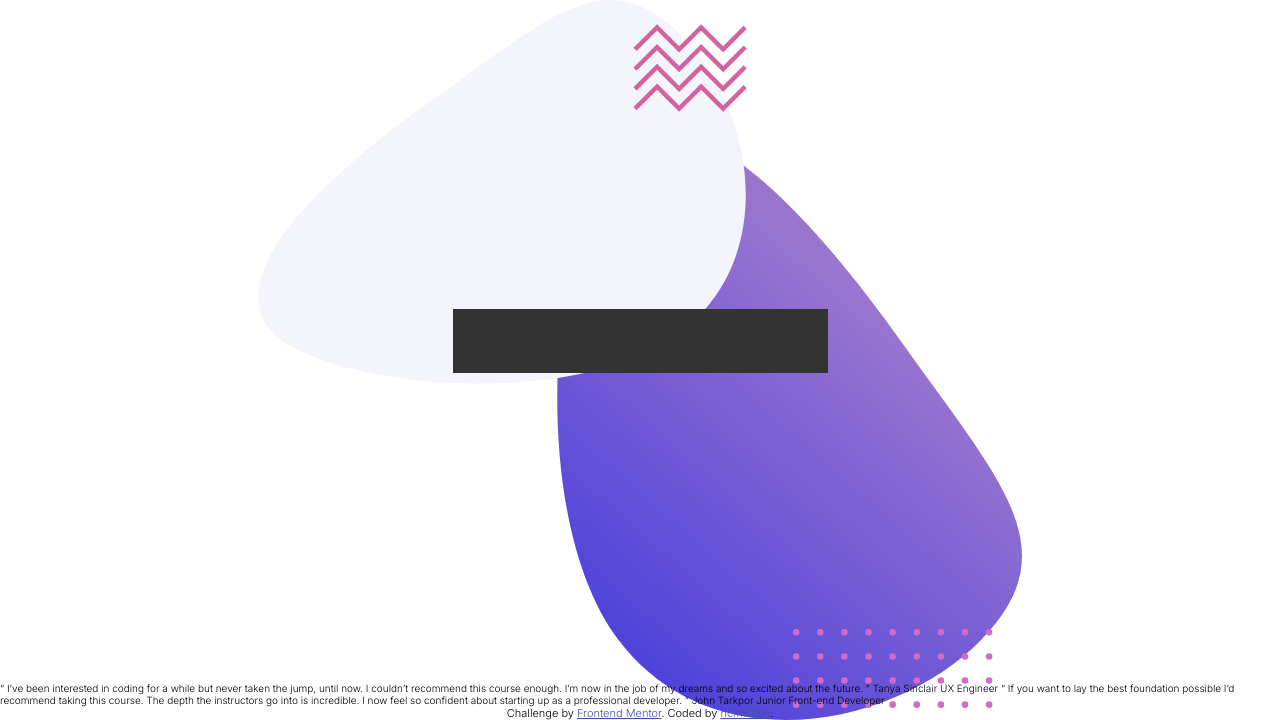
Repository: Hcmwebs/Coding-Bootcamp-Testimonials
Page: index.html
An editor plug-in stored every save of this project. The page is shown before and after the next save, followed by the edit.
The browser window is 1280 px wide. The pictures show the whole page.
The style sheet was rebuilt from its Sass, Less or Tailwind sources for each picture, by a compiler version that may differ from the author's.

Above is the page before, as saved 2020-10-29 14:14:46.

After the next save:
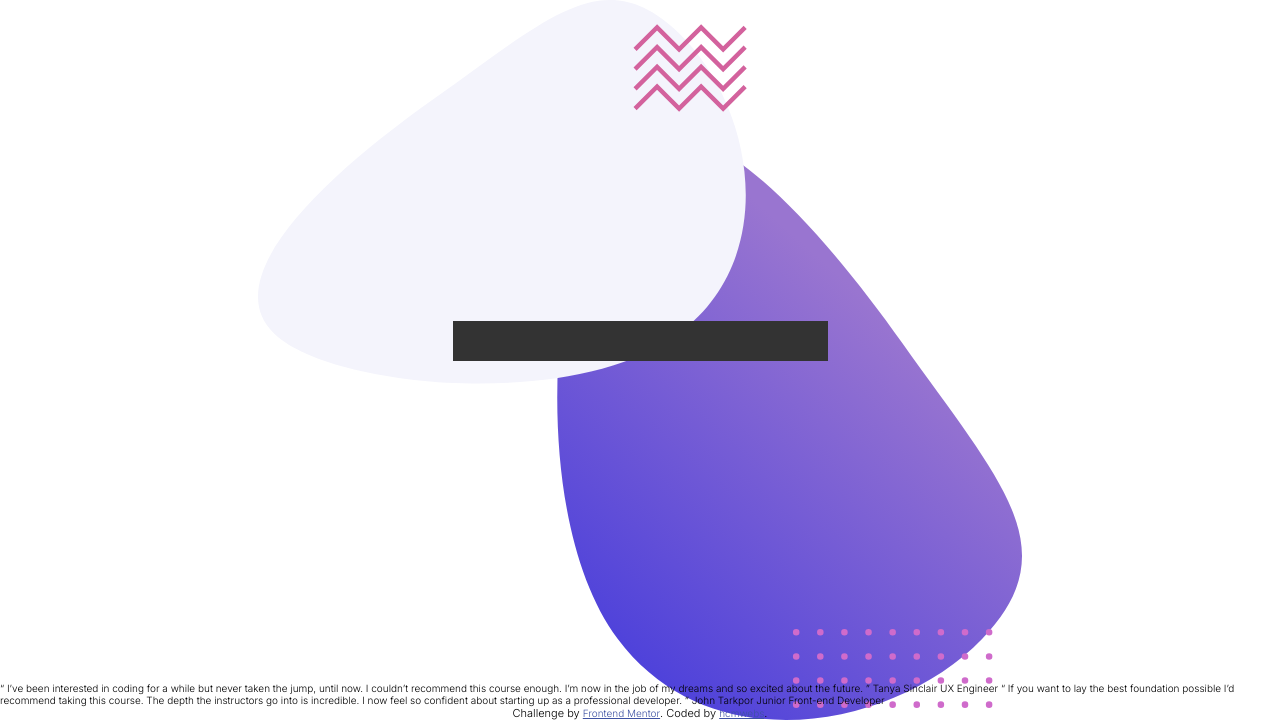
Saved 96 s later.
--- a/scss/main.scss
+++ b/scss/main.scss
@@ -26,11 +26,11 @@
   margin: 0;
   padding: 0;
   box-sizing: border-box;
+   font-family: $font-stack;
+   font-size: 10px;
+   font-weight: 300;
 }
 body{
-  font-family: $font-stack;
-  font-size: 10px;
-  font-weight: 300;
   background-image: url(/images/pattern-bg.svg);
   background-position: top center;
   background-size:contain;

After the 2 saves that followed:
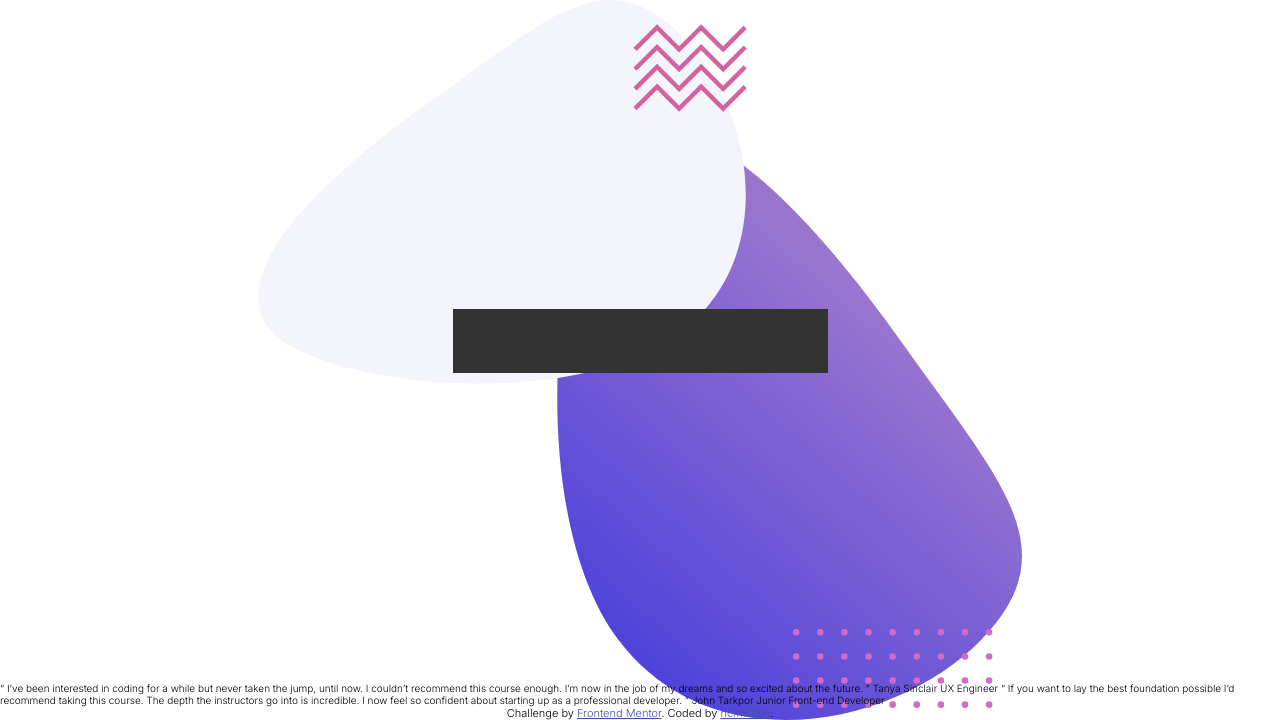
The 2 saves are shown as one change because 1 left the picture as it was.
The last was saved 55 s later.
--- a/scss/main.scss
+++ b/scss/main.scss
@@ -26,11 +26,12 @@
   margin: 0;
   padding: 0;
   box-sizing: border-box;
-   font-family: $font-stack;
-   font-size: 10px;
-   font-weight: 300;
+
 }
 body{
+  font-family: $font-stack;
+  font-size: 10px;
+  font-weight: 300;
   background-image: url(/images/pattern-bg.svg);
   background-position: top center;
   background-size:contain;
